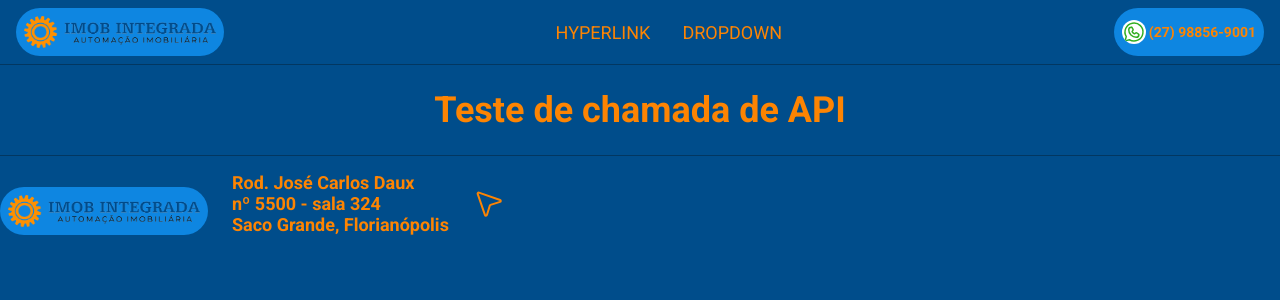
Repository: K0slov/testeAPI
Page: /
The author's editor kept a copy of each file at every save. The page is drawn from the files as they stood at one save, then again after the next save.
The browser window is 1280 px wide. The pictures show the whole page.
The page's requests for data from a server got no answer. The project was rebuilt for these pictures with package versions that can differ from the ones it lists, and the page was loaded fresh each time. No one was signed in, and anything a server would have sent is missing. Also part of the build but not shown: vite.config.ts, src/components/SelectBar/styles.css, src/components/SelectBar/selectBar.tsx, src/components/Conteudo/style.css, src/components/Conteudo/conteudo.tsx, src/pages/artigo.tsx, src/components/Card/style.css, src/components/Card/card.tsx and 2 more.

Above is the page before, as saved 2022-06-30 00:41:34.

After the next save:
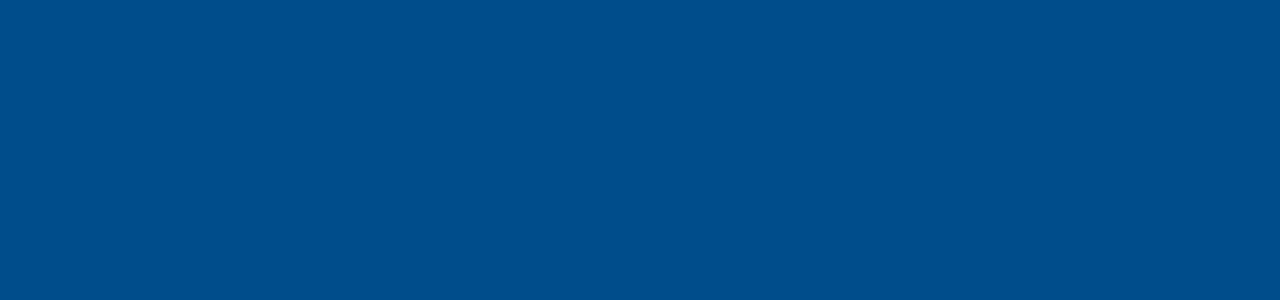
Console error: TypeError: Cannot destructure property 'basename' of 'React1051.useContext(...)' as it is null.
Saved 2 min 24 s later.
--- a/src/components/Header/header.tsx
+++ b/src/components/Header/header.tsx
@@ -3,6 +3,7 @@
 import { WhatsappLogo } from "phosphor-react";
 import { useState } from 'react';
 import { SelectBar } from '../SelectBar/selectBar';
+import { Link } from 'react-router-dom';
 
 export function Header() {
     const [navbar, setNavbar] = useState(false)
@@ -10,7 +11,9 @@
 
     return(
         <header className='header'>
-            <img className='img' src={image} />
+            <Link to={'/'}>
+                <img className='img' src={image} />
+            </Link>
 
             <nav className="menu">
                 <a className="menu-item" href="https://www.youtube.com/watch?v=FavUpD_IjVY&t=2s" target='_blank'>HYPERLINK</a>

After the save that followed:
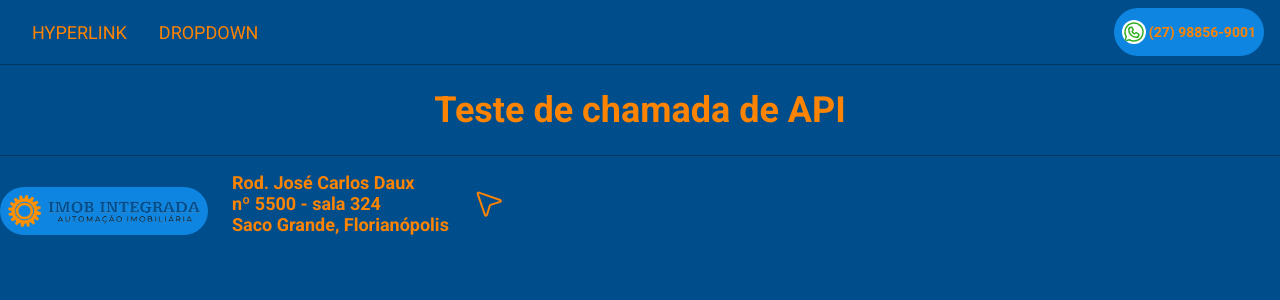
The error is gone.
Saved 2 min 14 s later.
--- a/src/components/Header/header.tsx
+++ b/src/components/Header/header.tsx
@@ -11,9 +11,9 @@
 
     return(
         <header className='header'>
-            <Link to={'/'}>
+            {/* <Link to={'/'}>
                 <img className='img' src={image} />
-            </Link>
+            </Link> */}
 
             <nav className="menu">
                 <a className="menu-item" href="https://www.youtube.com/watch?v=FavUpD_IjVY&t=2s" target='_blank'>HYPERLINK</a>
